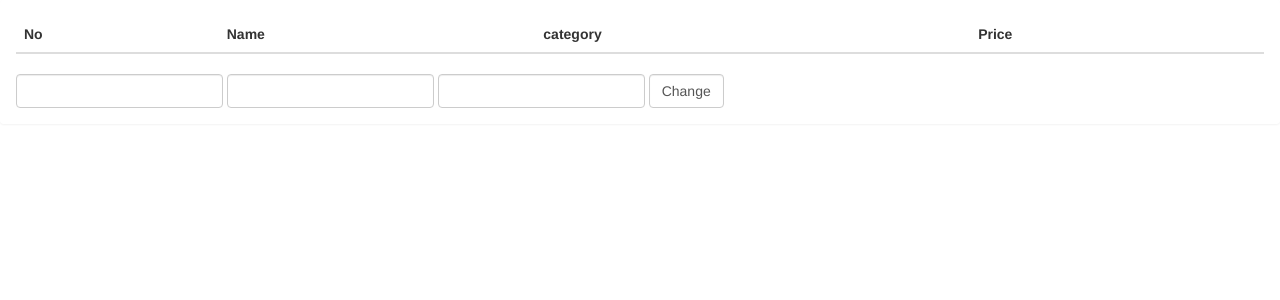
Repository: chisun-joung/workplace
Page: angularJS/WebContent/Chap17_CustomDirective/P517_Compile.html
These files come from the project's save history. The page is drawn as it stood at one moment and after the next save; the edit follows.
The browser window is 1280 px wide. The pictures show the whole page.
Some web libraries are served in a nearby version.

Above is the page before, as saved 2016-12-01 04:47:58.

After the next save:
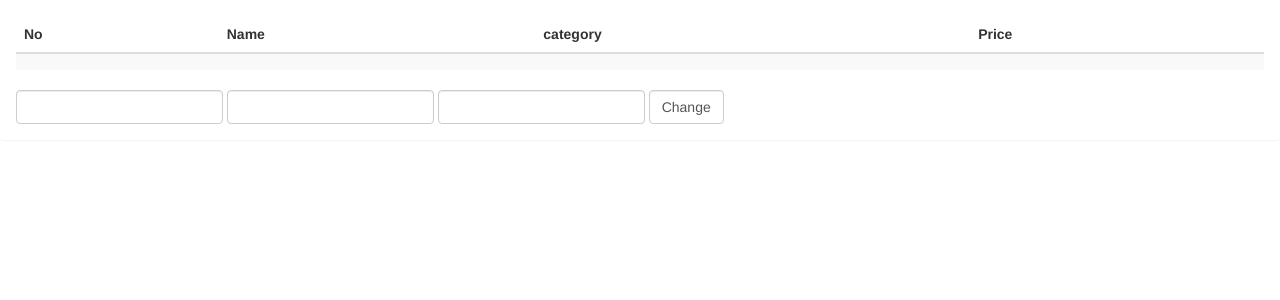
Saved 9 min 49 s later.
--- a/angularJS/WebContent/Chap17_CustomDirective/P517_Compile.html
+++ b/angularJS/WebContent/Chap17_CustomDirective/P517_Compile.html
@@ -29,23 +29,7 @@
 					scope: {
 						products: "="
 					},
-					transclude: 'element',
-					compile: function(element, attrs, transFn){
 
-						return function(scope, element, attrs, ctrl) {
-
-							for(var i = 0; i < scope.products.lenght; i++){
-								var childScope = scope.$new();
-								childScope.item = scope.products[i];
-								childScope.$index = i + 1;
-								transFn(childScope, function(clone){
-									console.log(clone)
-									element.parent().append(clone)
-								})
-							}
-
-						}
-					}
 
 				}
 			});

After the 2 saves that followed:
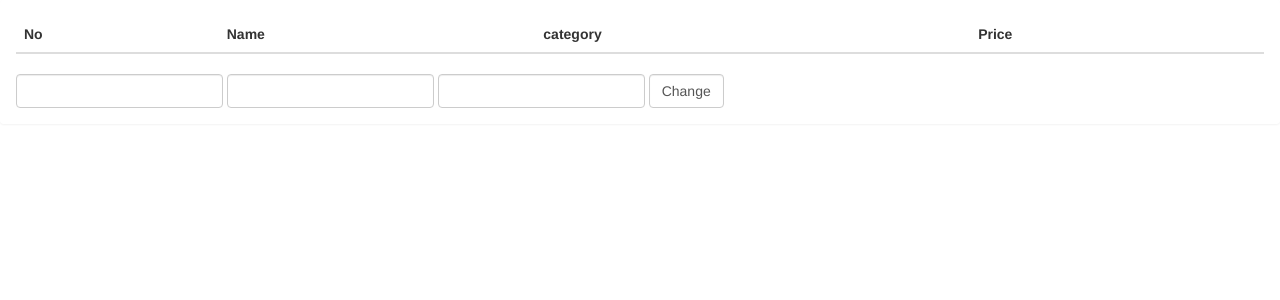
The 2 saves are shown as one change because 1 left the picture as it was.
The last was saved 72 s later.
--- a/angularJS/WebContent/Chap17_CustomDirective/P517_Compile.html
+++ b/angularJS/WebContent/Chap17_CustomDirective/P517_Compile.html
@@ -29,7 +29,17 @@
 					scope: {
 						products: "="
 					},
+					transclude: 'element',
+					compile: function(element, attrs, transFn){
 
+						return function(scope, element, attrs, ctrl) {
+
+							for(var i = 0; i < scope.products.lenght; i++){
+								console.log('aa')
+							}
+
+						}
+					}
 
 				}
 			});
